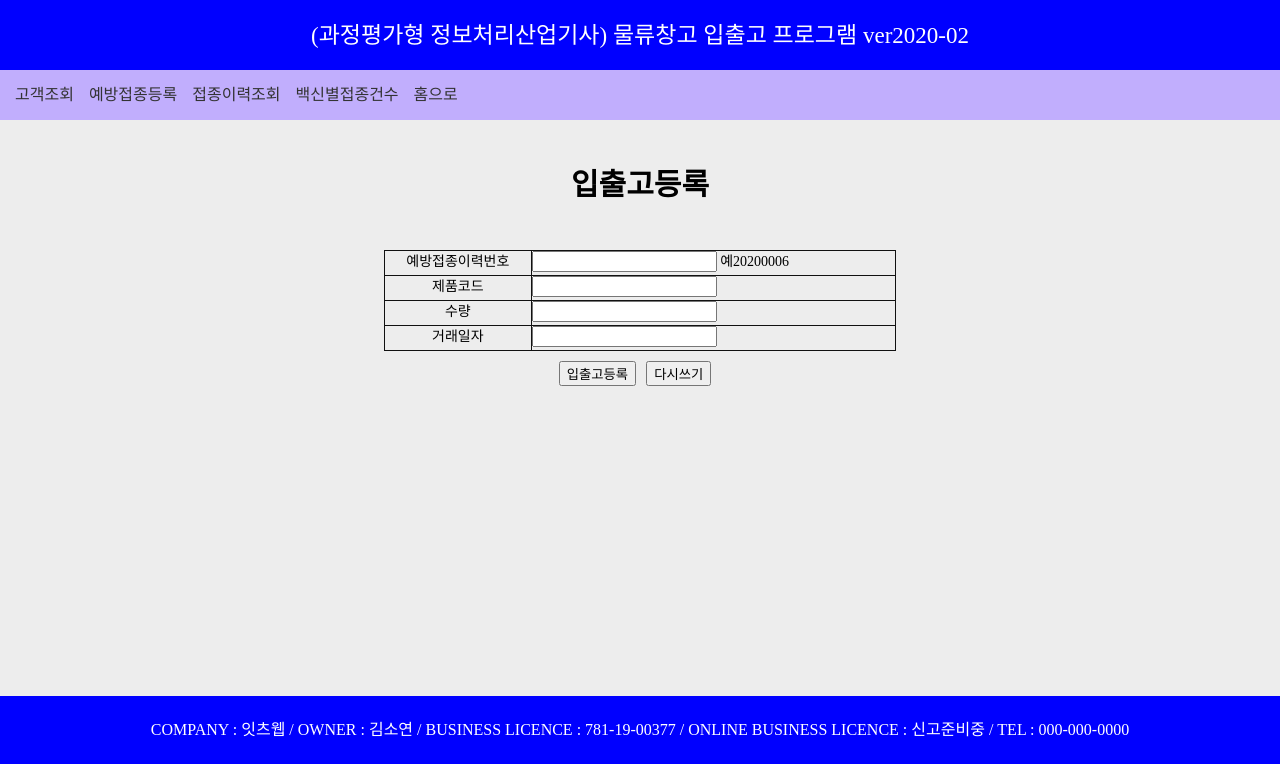
Repository: myeongwoo95/Engineer-Information-Processing
Page: http://localhost/Vaccination/insert.do
These files come from the project's save history. The page is drawn as it stood at one moment and after the next save; the edit follows.
The browser window is 1280 px wide. The pictures show the whole page.
The page is served by Tomcat 9. Other server files are loaded and not shown.

Above is the page before, as saved 2021-06-30 02:16:47.

### Vaccination/src/main/webapp/insert.jsp
<%@ page language="java" contentType="text/html; charset=UTF-8"
    pageEncoding="UTF-8"%>

<!DOCTYPE html>
<html>
<head>
	<meta charset="UTF-8">
    <meta http-equiv="X-UA-Compatible" content="IE=edge">
    <meta name="viewport" content="width=device-width, initial-scale=1.0">

    <link rel="stylesheet" href="css/reset.css">
	<link rel="stylesheet" href="css/common.css">
	<link rel="stylesheet" href="css/main.css">

	<title>예방접종등록</title>
</head>
<body>
	<%@include file="header.jsp"%>

	<section class="main-section insert-section">
		<h1>입출고등록</h1>
		<form name="myForm">
			<table>
				<tr>
					<th>예방접종이력번호</th>
					<td>
						<input type="text" name="t_no" value="${maxTno }" readonly style="outline:0;">
						<span>예20200006</span>
					</td>
				</tr>

				<tr>
					<th>제품코드</th>
					<td><input type="text" name="p_code"></td>
				</tr>

				<tr>
					<th>수량</th>
					<td><input type="number" name="t_cnt"></td>
				</tr>

				<tr>
					<th>거래일자</th>
					<td><input type="text" name="t_date"></td>
				</tr>


			</table>

			<div class="btnlist">
				<input type="button" onclick="check()" value="입출고등록">
				<input type="button" onclick="remove()" value="다시쓰기">
			</div>

		</form>
	</section>
	<%@include file="footer.jsp"%>

</body>
</html>

### Vaccination/src/main/webapp/header.jsp
<%@ page language="java" contentType="text/html; charset=UTF-8"
    pageEncoding="UTF-8"%>
<%@ taglib uri="http://java.sun.com/jsp/jstl/core" prefix="c"%>
<%@ taglib uri="http://java.sun.com/jsp/jstl/fmt" prefix="fmt"%>
<%@ taglib uri="http://java.sun.com/jsp/jstl/functions" prefix="fn"%>

<header class="index-header">
	<h1>(과정평가형 정보처리산업기사) 물류창고 입출고 프로그램 ver2020-02</h1>
	<ul class="index-ul">
		<li><a href="view.do">고객조회</a></li>
		<li><a href="insert.do">예방접종등록</a></li>
		<li><a href="inputoutputlist.do">접종이력조회</a></li>
		<li><a href="saleslist.do">백신별접종건수</a></li>
		<li><a href="index.do">홈으로</a></li>
	</ul>
</header>

### Vaccination/src/main/webapp/footer.jsp
<%@ page language="java" contentType="text/html; charset=UTF-8"
    pageEncoding="UTF-8"%>

<footer class="index-footer">
	COMPANY : 잇츠웹 / OWNER : 김소연 / BUSINESS LICENCE : 781-19-00377 / ONLINE BUSINESS LICENCE : 신고준비중 / TEL : 000-000-0000
</footer>

### Vaccination/src/main/java/Controller/Controller.java
package Controller;

import java.io.IOException;

import javax.servlet.RequestDispatcher;
import javax.servlet.ServletException;
import javax.servlet.annotation.WebServlet;
import javax.servlet.http.HttpServlet;
import javax.servlet.http.HttpServletRequest;
import javax.servlet.http.HttpServletResponse;

@WebServlet("*.do")
public class Controller extends HttpServlet {
	private static final long serialVersionUID = 1L;
    public Controller() {
        super();
    }

	protected void doGet(HttpServletRequest request, HttpServletResponse response) throws ServletException, IOException {
		executeDO(request, response);
	}

	protected void doPost(HttpServletRequest request, HttpServletResponse response) throws ServletException, IOException {
		executeDO(request, response);
	}

	protected void executeDO(HttpServletRequest request, HttpServletResponse response) throws ServletException, IOException {
		String url = request.getRequestURI();
		String conText = request.getContextPath();
		String doExe = url.substring(conText.length());

		String viewPage = null;

		switch(doExe) {
		case "/index.do":
			viewPage = "index.jsp";
			break;

		case "/view.do":
			viewPage = "view.jsp";
			break;

		case "/insert.do":
			viewPage = "insert.jsp";
			break;

		}


		if(viewPage != null) {
			RequestDispatcher rd = request.getRequestDispatcher(viewPage);
			rd.forward(request, response);
		}

	}

}

### Vaccination/src/main/webapp/css/reset.css
@charset "UTF-8";

/* http://meyerweb.com/eric/tools/css/reset/
   v2.0 | 20110126
   License: none (public domain)
*/

html, body, div, span, applet, object, iframe,
h1, h2, h3, h4, h5, h6, p, blockquote, pre,
a, abbr, acronym, address, big, cite, code,
del, dfn, em, img, ins, kbd, q, s, samp,
small, strike, tt, var,
b, u, i, center,
dl, dt, dd, ol, ul, li,
fieldset, form, label, legend,
table, caption, tbody, tfoot, thead, tr, th, td,
article, aside, canvas, details, embed,
figure, figcaption, footer, header, hgroup,
menu, nav, output, ruby, section, summary,
time, mark, audio, video {
    margin: 0;
    padding: 0;
    border: 0;
    font-size: 100%;
    font: inherit;
    vertical-align: baseline;
}

/* HTML5 display-role reset for older browsers */
article, aside, details, figcaption, figure,
footer, header, hgroup, menu, nav, section {
    display: block;
}
body {
    line-height: 1;
}
ol, ul {
    list-style: none;
}
blockquote, q {
    quotes: none;
}
blockquote:before, blockquote:after,
q:before, q:after {
    content: '';
    content: none;
}
table {
    border-collapse: collapse;
    border-spacing: 0;
}

### Vaccination/src/main/webapp/css/common.css
/*================================================================
# margin
=================================================================*/
.mr-5 {margin-right: 5px;}
.ml-5 {margin-left: 5px;}
.mt-5 {margin-top: 5px;}
.mb-5 {margin-bottom: 5px;}
.mr-10 {margin-right: 10px;}
.ml-10 {margin-left: 10px;}
.mt-10 {margin-top: 10px;}
.mb-10 {margin-bottom: 10px;}
.mr-15 {margin-right: 15px;}
.ml-15 {margin-left: 15px;}
.mt-15 {margin-top: 15px;}
.mb-15 {margin-bottom: 15px;}
.mr-20 { margin-right: 20px;}
.ml-20 {margin-left: 20px;}
.mt-20 {margin-top: 20px;}
.mb-20 {margin-bottom: 20px;}
.mr-25 {margin-right: 25px;}
.ml-25 {margin-left: 25px;}
.mt-25 {margin-top: 25px;}
.mb-25 {margin-bottom: 25px;}
.mr-30 {margin-right: 30px;}
.ml-30 {margin-left: 30px;}
.mt-30 {margin-top: 30px;}
.mb-30 {margin-bottom: 30px;}
.mr-35 {margin-right: 35px;}
.ml-35 {margin-left: 35px;}
.mt-35 {margin-top: 35px;}
.mb-35 {margin-bottom: 35px;}
.mr-40 {margin-right: 40px;}
.ml-40 {margin-left: 40px;}
.mt-40 {margin-top: 40px;}
.mb-40 {margin-bottom: 40px;}
.mr-45 {margin-right: 45px;}
.ml-45 { margin-left: 45px;}
.mt-45 {margin-top: 45px;}
.mb-45 {margin-bottom: 45px;}
.mr-50 {margin-right: 50px;}
.ml-50 {margin-left: 50px;}
.mt-50 {margin-top: 50px;}
.mb-50 {margin-bottom: 50px;}
.mr-55 {margin-right: 55px;}
.ml-55 {margin-left: 55px;}
.mt-55 {margin-top: 55px;}
.mb-55 {margin-bottom: 55px;}
.mr-60 {margin-right: 60px;}
.ml-60 {margin-left: 60px;}
.mt-60 {margin-top: 60px;}
.mb-60{margin-bottom: 60;}
.mr-65 {margin-right: 65px;}
.ml-65 {margin-left: 65px;}
.mt-65 {margin-top: 65px;}
.mb-65 {margin-bottom: 65px;}
.mr-70 {margin-right: 70px;}
.ml-70 {margin-left: 70px;}
.mt-70 {margin-top: 70px;}
.mb-70 {margin-bottom: 70px;}
.mr-75 {margin-right: 75px;}
.ml-75 {margin-left: 75px;}
.mt-75 {margin-top: 75px;}
.mb-75 {margin-bottom: 75px;}
.mr-80 {margin-right: 80px;}
.ml-80 {margin-left: 80px;}
.mt-80 {margin-top: 80px;}
.mb-80 {margin-bottom: 80px;}
.mr-85 {margin-right: 85px;}
.ml-85 {margin-left: 85px;}
.mt-85 {margin-top:85px;}
.mb-85 {margin-bottom: 85px;}
.mr-90 {margin-right: 90px;}
.ml-90 {margin-left: 90px;}
.mt-90 {margin-top:90px;}
.mb-90 {margin-bottom: 90px;}
.mr-95 {margin-right: 95px;}
.ml-95 {margin-left: 95px;}
.mt-95 {margin-top: 95px;}
.mb-95 {margin-bottom: 95px;}
.mr-100 {margin-right: 100px;}
.ml-100 {margin-left: 100px;}
.mt-100 {margin-top: 100px;}
.mb-100 {margin-bottom: 100px;}
.mr-110 {margin-right: 110px;}
.ml-110 {margin-left: 110px;}
.mt-110 {margin-top:110px;}
.mb-110 {margin-bottom: 110px;}
.mr-120 {margin-right: 120px;}
.ml-120 {margin-left: 120px;}
.mt-120 {margin-top: 120px;}
.mb-120 {margin-bottom: 120px;}
.mr-130 {margin-right: 130px;}
.ml-130 {margin-left: 130px;}
.mt-130 {margin-top: 130px;}
.mb-130 {margin-bottom: 130px;}
.mr-140 {margin-right: 140px;}
.ml-140 {margin-left: 140px;}
.mt-140 {margin-top:140px;}
.mb-140 {margin-bottom: 140px;}
.mr-150 {margin-right: 150px;}
.ml-150 {margin-left: 150px;}
.mt-150 {margin-top: 150px;}
.mb-150 {margin-bottom: 150px;}
.mr-160 {margin-right: 160px;}
.ml-160 {margin-left: 160px;}
.mt-160 {margin-top:160px;}
.mb-160 {margin-bottom: 160px;}
.mr-170 {margin-right: 170px;}
.ml-170 {margin-left: 170px;}
.mt-170 {margin-top:170px;}
.mb-170 {margin-bottom: 170px;}
.mr-180 {margin-right: 180px;}
.ml-180 {margin-left: 180px;}
.mt-180 {margin-top:180px;}
.mb-180 {margin-bottom: 180px;}
.mr-190 {margin-right: 190px;}
.ml-190 {margin-left: 190px;}
.mt-190 {margin-top:190px;}
.mb-190 {margin-bottom: 190px;}
.mr-200 {margin-right: 200px;}
.ml-200 {margin-left: 200px;}
.mt-200 {margin-top:200px;}
.mb-200 {margin-bottom: 200px;}
.mr-210 {margin-right: 210px;}
.ml-210 {margin-left: 210px;}
.mt-210 {margin-top:210px;}
.mb-210 {margin-bottom: 210px;}
.mr-220 {margin-right: 220px;}
.ml-220 {margin-left: 220px;}
.mt-220 {margin-top: 220px;}
.mb-220 {margin-bottom: 220px;}
.mr-230 {margin-right: 230px;}
.ml-230 {margin-left: 230px;}
.mt-230 {margin-top: 230px;}
.mb-230 {margin-bottom: 230px;}
.mr-240 {margin-right: 240px;}
.ml-240 {margin-left: 240px;}
.mt-240 {margin-top: 240px;}
.mb-240 {margin-bottom: 240px;}
.mr-250 {margin-right: 250px;}
.ml-250 {margin-left: 250px;}
.mt-250 {margin-top: 250px;}
.mb-250 {margin-bottom: 250px;}
.mr-260 {margin-right: 260px;}
.ml-260 {margin-left: 260px;}
.mt-260 {margin-top: 260px;}
.mb-260 {margin-bottom: 260px;}
.mr-270 {margin-right: 270px;}
.ml-270 {margin-left: 270px;}
.mt-270 {margin-top: 270px;}
.mb-270 {margin-bottom: 270px;}
.mr-280 {margin-right: 280px;}
.ml-280 {margin-left: 280px;}
.mt-280 {margin-top: 280px;}
.mb-280 {margin-bottom: 280px;}
.mr-290 {margin-right: 290px;}
.ml-290 {margin-left: 290px;}
.mt-290 {margin-top: 290px;}
.mb-290 {margin-bottom: 290px;}
.mr-300 {margin-right: 300px;}
.ml-300 {margin-left: 300px;}
.mt-300 {margin-top: 300px;}
.mb-300 {margin-bottom: 300px;}

/*================================================================
# padding
=================================================================*/
.pr-5 {padding-right: 5px;}
.pl-5 {padding-left: 5px;}
.pt-5 {padding-top: 5px;}
.pb-5 {padding-bottom: 5px;}
.pr-10 {padding-right: 10px;}
.pl-10 {padding-left: 10px;}
.pt-10 {padding-top: 10px;}
.pb-10 {padding-bottom: 10px;}
.pr-15 {padding-right: 15px;}
.pl-15 {padding-left: 15px;}
.pt-15 {padding-top: 15px;}
.pb-15 {padding-bottom: 15px;}
.pr-20 { padding-right: 20px;}
.pl-20 {padding-left: 20px;}
.pt-20 {padding-top: 20px;}
.pb-20 {padding-bottom: 20px;}
.pr-25 {padding-right: 25px;}
.pl-25 {padding-left: 25px;}
.pt-25 {padding-top: 25px;}
.pb-25 {padding-bottom: 25px;}
.pr-30 {padding-right: 30px;}
.pl-30 {padding-left: 30px;}
.pt-30 {padding-top: 30px;}
.pb-30 {padding-bottom: 30px;}
.pr-35 {padding-right: 35px;}
.pl-35 {padding-left: 35px;}
.pt-35 {padding-top: 35px;}
.pb-35 {padding-bottom: 35px;}
.pr-40 {padding-right: 40px;}
.pl-40 {padding-left: 40px;}
.pt-40 {padding-top: 40px;}
.pb-40 {padding-bottom: 40px;}
.pr-45 {padding-right: 45px;}
.pl-45 { padding-left: 45px;}
.pt-45 {padding-top: 45px;}
.pb-45 {padding-bottom: 45px;}
.pr-50 {padding-right: 50px;}
.pl-50 {padding-left: 50px;}
.pt-50 {padding-top: 50px;}
.pb-50 {padding-bottom: 50px;}
.pr-55 {padding-right: 55px;}
.pl-55 {padding-left: 55px;}
.pt-55 {padding-top: 55px;}
.pb-55 {padding-bottom: 55px;}
.pr-60 {padding-right: 60px;}
.pl-60 {padding-left: 60px;}
.pt-60 {padding-top: 60px;}
.pb-60 {padding-bottom: 60;}
.pr-65 {padding-right: 65px;}
.pl-65 {padding-left: 65px;}
.pt-65 {padding-top: 65px;}
.pb-65 {padding-bottom: 65px;}
.pr-70 {padding-right: 70px;}
.pl-70 {padding-left: 70px;}
.pt-70 {padding-top: 70px;}
.pb-70 {padding-bottom: 70px;}
.pr-75 {padding-right: 75px;}
.pl-75 {padding-left: 75px;}
.pt-75 {padding-top: 75px;}
.pb-75 {padding-bottom: 75px;}
.pr-80 {padding-right: 80px;}
.pl-80 {padding-left: 80px;}
.pt-80 {padding-top: 80px;}
.pb-80 {padding-bottom: 80px;}
.pr-85 {padding-right: 85px;}
.pl-85 {padding-left: 85px;}
.pt-85 {padding-top:85px;}
.pb-85 {padding-bottom: 85px;}
.pr-90 {padding-right: 90px;}
.pl-90 {padding-left: 90px;}
.pt-90 {padding-top:90px;}
.pb-90 {padding-bottom: 90px;}
.pr-95 {padding-right: 95px;}
.pl-95 {padding-left: 95px;}
.pt-95 {padding-top: 95px;}
.pb-95 {padding-bottom: 95px;}
.pr-100 {padding-right: 100px;}
.pl-100 {padding-left: 100px;}
.pt-100 {padding-top: 100px;}
.pb-100 {padding-bottom: 100px;}
.pr-110 {padding-right: 110px;}
.pl-110 {padding-left: 110px;}
.pt-110 {padding-top:110px;}
.pb-110 {padding-bottom: 110px;}
.pr-120 {padding-right: 120px;}
.pl-120 {padding-left: 120px;}
.pt-120 {padding-top: 120px;}
.pb-120 {padding-bottom: 120px;}
.pr-130 {padding-right: 130px;}
.pl-130 {padding-left: 130px;}
.pt-130 {padding-top: 130px;}
.pb-130 {padding-bottom: 130px;}
.pr-140 {padding-right: 140px;}
.pl-140 {padding-left: 140px;}
.pt-140 {padding-top:140px;}
.pb-140 {padding-bottom: 140px;}
.pr-150 {padding-right: 150px;}
.pl-150 {padding-left: 150px;}
.pt-150 {padding-top: 150px;}
.pb-150 {padding-bottom: 150px;}
.pr-160 {padding-right: 160px;}
.pl-160 {padding-left: 160px;}
.pt-160 {padding-top:160px;}
.pb-160 {padding-bottom: 160px;}
.pr-170 {padding-right: 170px;}
.pl-170 {padding-left: 170px;}
.pt-170 {padding-top:170px;}
.pb-170 {padding-bottom: 170px;}
.pr-180 {padding-right: 180px;}
.pl-180 {padding-left: 180px;}
.pt-180 {padding-top:180px;}
.pb-180 {padding-bottom: 180px;}
.pr-190 {padding-right: 190px;}
.pl-190 {padding-left: 190px;}
.pt-190 {padding-top:190px;}
.pb-190 {padding-bottom: 190px;}
.pr-200 {padding-right: 200px;}
.pl-200 {padding-left: 200px;}
.pt-200 {padding-top:200px;}
.pb-200 {padding-bottom: 200px;}
.pr-210 {padding-right: 210px;}
.pl-210 {padding-left: 210px;}
.pt-210 {padding-top:210px;}
.pb-210 {padding-bottom: 210px;}
.pr-220 {padding-right: 220px;}
.pl-220 {padding-left: 220px;}
.pt-220 {padding-top: 220px;}
.pb-220 {padding-bottom: 220px;}
.pr-230 {padding-right: 230px;}
.pl-230 {padding-left: 230px;}
.pt-230 {padding-top: 230px;}
.pb-230 {padding-bottom: 230px;}
.pr-240 {padding-right: 240px;}
.pl-240 {padding-left: 240px;}
.pt-240 {padding-top: 240px;}
.pb-240 {padding-bottom: 240px;}
.pr-250 {padding-right: 250px;}
.pl-250 {padding-left: 250px;}
.pt-250 {padding-top: 250px;}
.pb-250 {padding-bottom: 250px;}
.pr-260 {padding-right: 260px;}
.pl-260 {padding-left: 260px;}
.pt-260 {padding-top: 260px;}
.pb-260 {padding-bottom: 260px;}
.pr-270 {padding-right: 270px;}
.pl-270 {padding-left: 270px;}
.pt-270 {padding-top: 270px;}
.pb-270 {padding-bottom: 270px;}
.pr-280 {padding-right: 280px;}
.pl-280 {padding-left: 280px;}
.pt-280 {padding-top: 280px;}
.pb-280 {padding-bottom: 280px;}
.pr-290 {padding-right: 290px;}
.pl-290 {padding-left: 290px;}
.pt-290 {padding-top: 290px;}
.pb-290 {padding-bottom: 290px;}
.pr-300 {padding-right: 300px;}
.pl-300 {padding-left: 300px;}
.pt-300 {padding-top: 300px;}
.pb-300 {padding-bottom: 300px;}

/*================================================================
# clearfix
=================================================================*/
.clearfix::after{
    content: "";
    clear: both;
    display: block;
}
.float--left{
    float: left;
}
.float--right{
    float: right;
}

/*================================================================
# box-sizing
=================================================================*/
*,
*::before,
*::after {
  box-sizing: border-box;
}

/*================================================================
# IR 기법
=================================================================*/
/* 의미있는 이미지의 대체 텍스트를 제공하는 경우 */
/* 의미있는 이미지의 대체 텍스트로 이미지가 없어도 대체 텍스트를 보여주고자 할 때 */
/* 대체 텍스트가 아닌 접근성을 위한 숨김 텍스트를 제공할 때 */
.ir_pm {display: block; overflow: hidden; font-size: 0; line-height: 0; text-indent: -9999px;}
.ir_wa {display: block; overflow: hidden; position: relative; z-index: -1; width: 100%; height: 100%;}
.ir_su {overflow: hidden; position: absolute; width: 0; height: 0; line-height: 0; text-indent: -9999px;}

/*================================================================
# input-text
=================================================================*/
.input--text{
   height: 34px;
   padding: 0 12px;
   border: 1px solid #ddd;
   border-radius: 5px;
   box-sizing: border-box;
   outline: none;
   box-shadow: inset 0 1px 12px rgba(0, 0, 0, 0.075);
   font-size: 16px;
}

.input--text:focus{
    border-color: #51a7e8;
    box-shadow: 0 0 5px rgba(81, 167, 232, 0.5),
                inset 0 1px 12px rgba(0, 0, 0, 0.075);
 }

/* vendor Prefix for input-text*/
.input--text::-webkit-input-placeholder { color: #cacaca }
.input--text::-ms-input-placeholder { color: #cacaca }
.input--text::-moz-input-placeholder { color: #cacaca }

/*================================================================
# text-indent
=================================================================*/
.text-indent5 {text-indent: 5px;}
.text-indent10 {text-indent: 10px;}
.text-indent15 {text-indent: 15px;}
.text-indent20 {text-indent: 20px;}
.text-indent25 {text-indent: 25px;}
.text-indent30 {text-indent: 30px;}
.text-indent35 {text-indent: 35px;}
.text-indent40 {text-indent: 40px;}
.text-indent45 {text-indent: 45px;}
.text-indent50 {text-indent: 50px;}

/*================================================================
# font-weight
=================================================================*/
.fw-400 {font-weight: 400;}
.fw-500 {font-weight: 500;}
.fw-600 {font-weight: 600;}
.fw-700 {font-weight: 700;}
.fw-800 {font-weight: 800;}
.fw-900 {font-weight: 900;}

/*================================================================
# font-size
=================================================================*/
.fz-12 {font-size: 12px;}
.fz-13 {font-size: 13px;}
.fz-14 {font-size: 14px;}
.fz-15 {font-size: 15px;}
.fz-16 {font-size: 16px;}
.fz-17 {font-size: 17px;}
.fz-18 {font-size: 18px;}
.fz-19 {font-size: 19px;}
.fz-20 {font-size: 20px;}
.fz-21 {font-size: 21px;}
.fz-22 {font-size: 22px;}
.fz-23 {font-size: 23px;}
.fz-24 {font-size: 24px;}
.fz-25 {font-size: 25px;}
.fz-26 {font-size: 26px;}
.fz-27 {font-size: 27px;}
.fz-28 {font-size: 28px;}
.fz-29 {font-size: 29px;}
.fz-30 {font-size: 30px;}

### Vaccination/src/main/webapp/css/main.css
@charset "UTF-8";

body{
	font-size: 14px;
	font-weight: 400;
}

/*================================================================
# index
=================================================================*/
/* index header */
.index-header h1{
	background: blue;
	height: 70px;
	font-size: 23px;
	display: flex;
	justify-content: center;
	align-items: center;
	color: #fff;
}

.index-header ul{
	background: rgb(193,174,253);
	display: flex;
	height: 50px;
	align-items: center;
}

.index-header ul li {
	margin-left: 15px;
}

.index-header ul li a{
	text-decoration: none;
	color: #333;
	font-size: 16px;
	font-weight: 500;
}

/* index section */
.main-section{
	height: 80vh;
	background: rgb(237,237,237);
}

.index-section h2{
	font-size: 30px;
	color: #333;
	text-align: center;
	padding-top: 50px;
	margin-bottom: 50px;
	font-weight: 800;
}

.index-section p{
	font-size : 15px;
	font-weight: 500;
	margin-left: 10px;
	margin-bottom: 20px;
}

/* index footer */
.index-footer{
	height: 68px;
	background: blue;
	display: flex;
	justify-content: center;
	align-items: center;
	color: white;
	font-size: 16px;
	font-weight: 500;
}

/*================================================================
# view
=================================================================*/
.view-section h1{
	text-align: center;
	font-size: 30px;
	font-weight: 800;
	padding-top: 50px;
	margin-bottom: 50px;
}

.view-section table{
	border: 1px solid #111;
	width: 40%;
	margin: 0 auto;
	padding-top: 50px;
}

.view-section table th{
	text-align: center;
	height: 25px;
	border: 1px solid #111;
	vertical-align: center;
}

.view-section table td{
	text-align: center;
	height: 25px;
	border: 1px solid #111;
	vertical-align: center;
}

/*================================================================
# insert
=================================================================*/
.insert-section h1{
	text-align: center;
	font-size: 30px;
	font-weight: 800;
	padding-top: 50px;
	margin-bottom: 50px;
}

.insert-section table{
	border: 1px solid #111;
	width: 40%;
	margin: 0 auto;
	padding-top: 50px;
}

.insert-section table th{
	text-align: center;
	height: 25px;
	border: 1px solid #111;
	vertical-align: center;
}

.insert-section table td{
	text-align: left;
	height: 25px;
	border: 1px solid #111;
	vertical-align: center;
}

.insert-section .btnlist{
	margin-top:10px;
	display: flex;
	justify-content: center;
}

.insert-section .btnlist input{
	margin-right: 10px;
}

/*================================================================
# inputoutputlist
=================================================================*/
.inputoutputlist-section h1{
	text-align: center;
	font-size: 30px;
	font-weight: 800;
	padding-top: 50px;
	margin-bottom: 50px;
}

.inputoutputlist-section table{
	border: 1px solid #111;
	width: 40%;
	margin: 0 auto;
	padding-top: 50px;
}

.inputoutputlist-section table th{
	text-align: center;
	height: 25px;
	border: 1px solid #111;
	vertical-align: center;
}

.inputoutputlist-section table td{
	text-align: center;
	height: 25px;
	border: 1px solid #111;
	vertical-align: center;
}

/*================================================================
# saleslist
=================================================================*/

.saleslist-section h1{
	text-align: center;
	font-size: 30px;
	font-weight: 800;
	padding-top: 50px;
	margin-bottom: 50px;
}

.saleslist-section table{
	border: 1px solid #111;
	width: 40%;
	margin: 0 auto;
	padding-top: 50px;
}

.saleslist-section table th{
	text-align: center;
	height: 25px;
	border: 1px solid #111;
	vertical-align: center;
}

.saleslist-section table th:last-child{
	text-align: right;
}

.saleslist-section table td{
	text-align: center;
	height: 25px;
	border: 1px solid #111;
	vertical-align: center;
}

.saleslist-section table td:last-child{
	text-align: right;
}

After the next save:
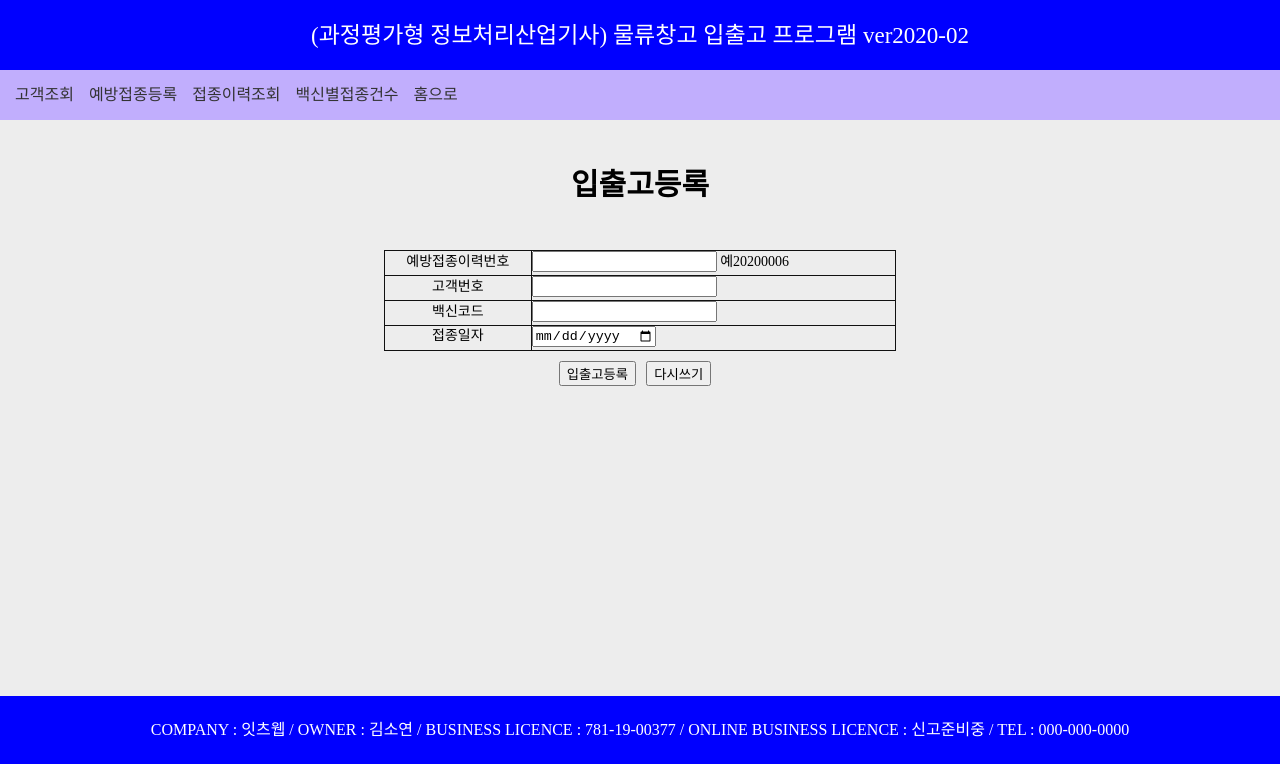
Saved 16 min 15 s later.
--- a/Vaccination/src/main/webapp/insert.jsp
+++ b/Vaccination/src/main/webapp/insert.jsp
@@ -30,18 +30,18 @@
 				</tr>
 
 				<tr>
-					<th>제품코드</th>
+					<th>고객번호</th>
 					<td><input type="text" name="p_code"></td>
 				</tr>
 
 				<tr>
-					<th>수량</th>
+					<th>백신코드</th>
 					<td><input type="number" name="t_cnt"></td>
 				</tr>
 
 				<tr>
-					<th>거래일자</th>
-					<td><input type="text" name="t_date"></td>
+					<th>접종일자</th>
+					<td><input type="date" name="t_date"></td>
 				</tr>
 
 
